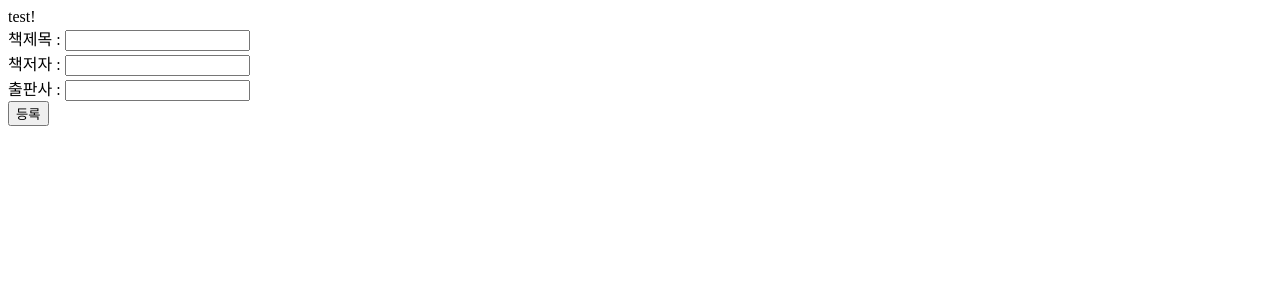
Repository: 1ilsang/17_study_compilation
Page: http://localhost/edu/
The author's editor kept a copy of each file at every save. The page is drawn from the files as they stood at one save, then again after the next save.
The browser window is 1280 px wide. The pictures show the whole page.
The page is served by Tomcat 9. Other server files are loaded and not shown.

Above is the page before, as saved 2017-05-28 10:33:49.

### FirstServlet/edu/WebContent/index.jsp
<%@ page language="java" contentType="text/html; charset=EUC-KR"
    pageEncoding="EUC-KR"%>
<!DOCTYPE html PUBLIC "-//W3C//DTD HTML 4.01 Transitional//EN" "http://www.w3.org/TR/html4/loose.dtd">
<html>
<head>
<meta http-equiv="Content-Type" content="text/html; charset=EUC-KR">
<title>Insert title here</title>
</head>
<body>
test!
<jsp:include page="bookInput.jsp"></jsp:include>
</body>
</html>

### FirstServlet/edu/WebContent/bookInput.jsp
<%@ page language="java" contentType="text/html; charset=UTF-8"
    pageEncoding="UTF-8"%>
<!DOCTYPE html PUBLIC "-//W3C//DTD HTML 4.01 Transitional//EN" "http://www.w3.org/TR/html4/loose.dtd">
<html>
<head>
<meta http-equiv="Content-Type" content="text/html; charset=UTF-8">
<title>Book input</title>
</head>
<body>
	<form action="example22.jsp" method="post">
		책제목 : <input type="text" name="title"><br>
		책저자 : <input type="text" name="author"><br>
		출판사 : <input type="text" name="publisher"><br>
		<input type="submit" value="등록">
	</form>
</body>
</html>

After the next save:
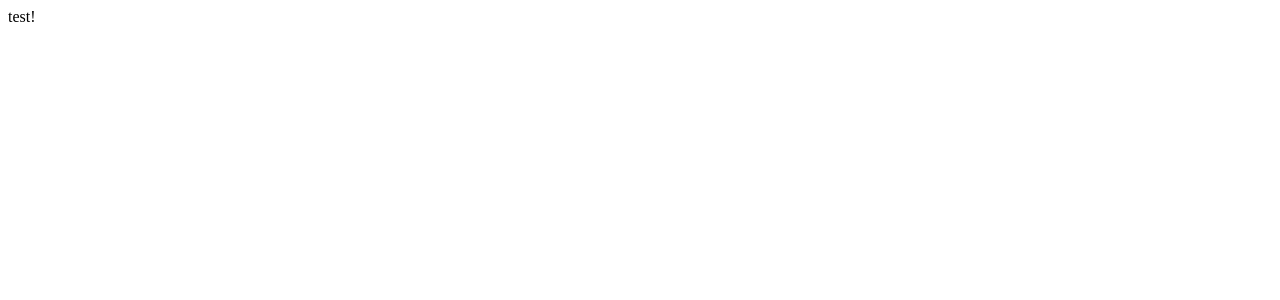
Saved 25 s later.
--- a/FirstServlet/edu/WebContent/index.jsp
+++ b/FirstServlet/edu/WebContent/index.jsp
@@ -8,6 +8,5 @@
 </head>
 <body>
 test!
-<jsp:include page="bookInput.jsp"></jsp:include>
 </body>
 </html>

After the save that followed:
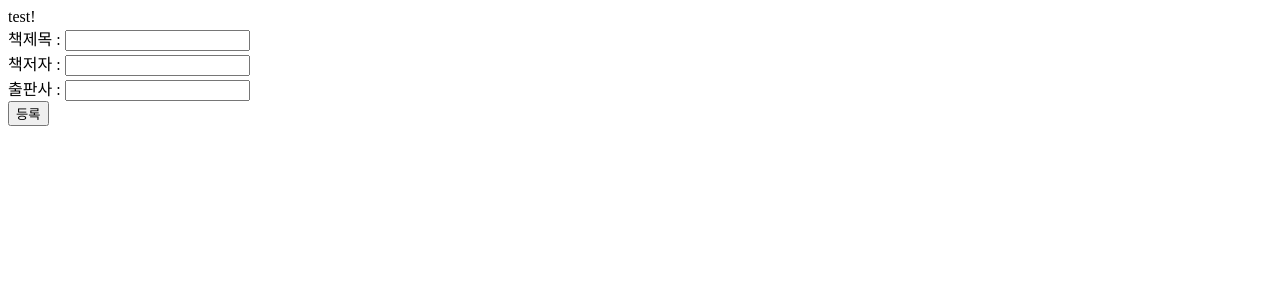
Saved 4 s later.
--- a/FirstServlet/edu/WebContent/index.jsp
+++ b/FirstServlet/edu/WebContent/index.jsp
@@ -8,5 +8,6 @@
 </head>
 <body>
 test!
+<jsp:include page="bookInput.jsp"></jsp:include>
 </body>
 </html>
